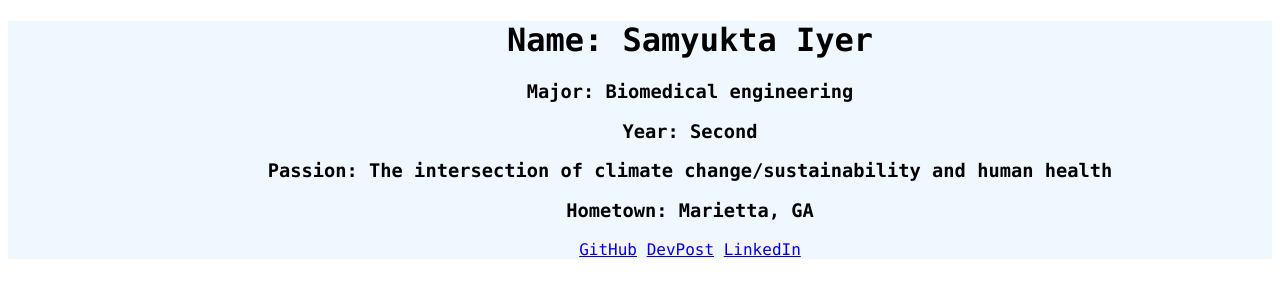
Repository: samyukta-iyer/fall23-dev-bootcamp-assessment
Page: index.html
These files come from the project's save history. The page is drawn as it stood at one moment and after the next save; the edit follows.
The browser window is 1280 px wide. The pictures show the whole page.

Above is the page before, as saved 2023-08-29 21:03:53.

After the next save:
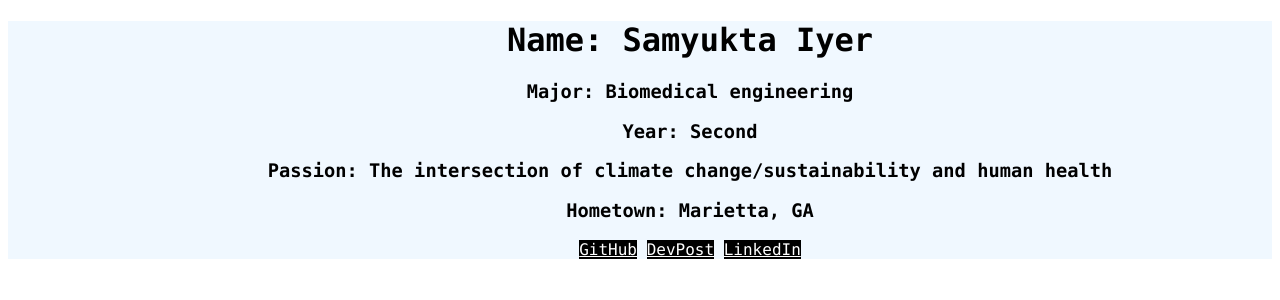
Saved 20 s later.
--- a/styles.css
+++ b/styles.css
@@ -7,7 +7,8 @@
 }
 
 .button {
-    background-color: whitesmoke;
+    background-color: black;
+    color: white;
     border-radius: 20;
 }
 /* body{
